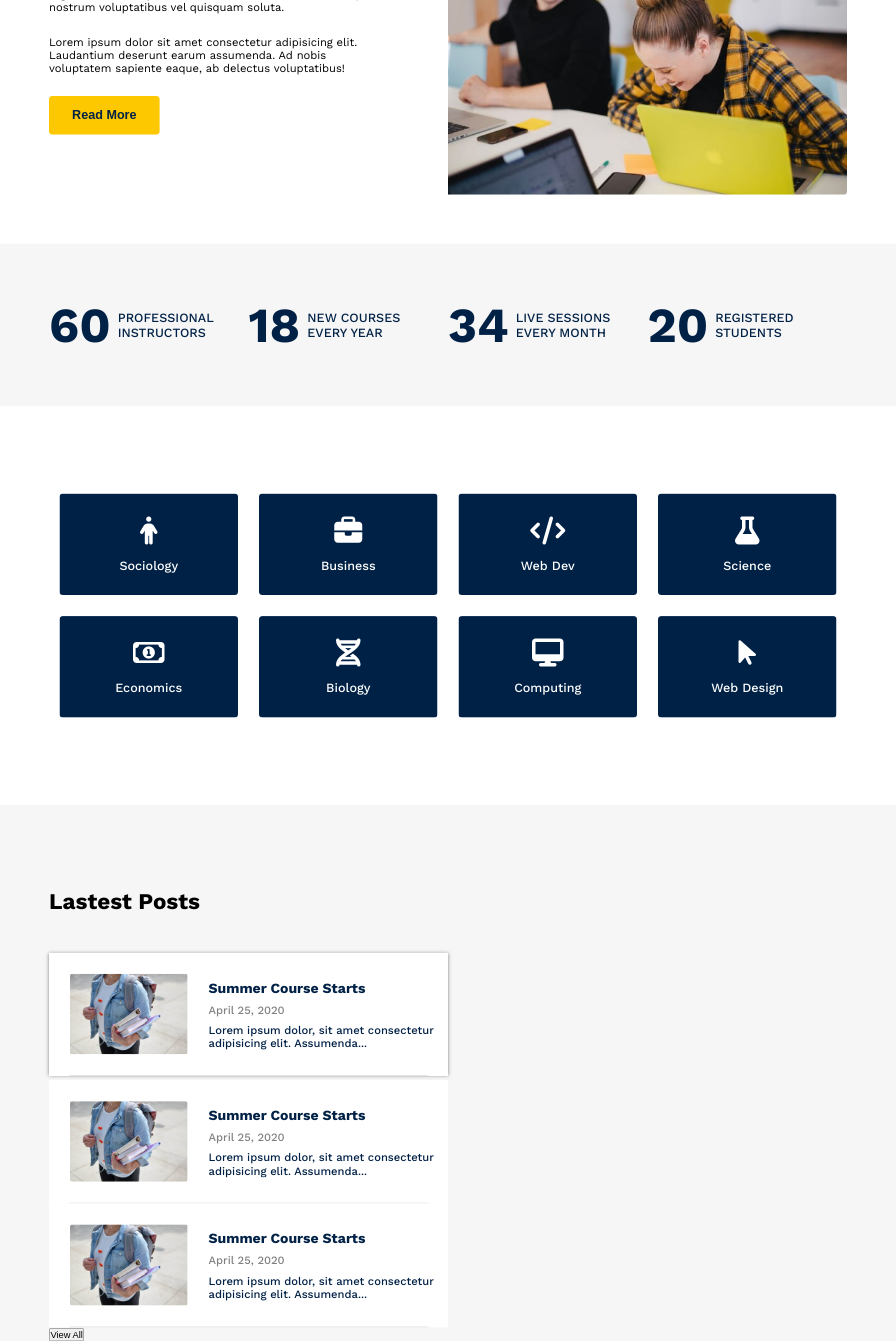
Repository: giahuy405/BC38__Mastery__Pham_Gia_Huy
Page: index.html
The author's editor kept a copy of each file at every save. The page is drawn from the files as they stood at one save, then again after the next save.
The browser window is 1280 px wide. The pictures show the part of the page from y = 883 to 2803 px (the page is 2799 px tall before and 2803 px after), at 70% of full size.
The pointer rests on the first visible `.lastest-post__item`.

Above is the page before, as saved 2022-09-10 12:49:56.

### index.html
<!DOCTYPE html>
<html lang="en">
<head>
    <meta charset="UTF-8">
    <meta http-equiv="X-UA-Compatible" content="IE=edge">
    <meta name="viewport" content="width=device-width, initial-scale=1.0">
    <title>Document</title>
    <link href="https://fonts.googleapis.com/css2?family=Montserrat:wght@300;400;500;700;900&family=Work+Sans:wght@300;400;500;700&display=swap" rel="stylesheet">
    <link rel="stylesheet" href="https://cdnjs.cloudflare.com/ajax/libs/font-awesome/6.2.0/css/all.min.css">
    <link rel="stylesheet" href="./css/index.css">
</head>
<body>
    <header>
        <div class="container">
            <i class="fa-solid fa-pen-to-square"></i>
            <div class="header__title">
                <h1>Mastery</h1>
            </div>
        </div>
    </header>
    <nav>
        <div class="container">
            <ul>
                <li><div class="wrapper"><span class="square individual"><a class="ninth before after"  href="#">Home</a></span></div></li>
                <li><div class="wrapper"><span class="square individual"><a class="ninth before after"  href="#">About</a></span></div></li>
                <li><div class="wrapper"><span class="square individual"><a class="ninth before after"  href="#">Services</a></span></div></li>
                <li><div class="wrapper"><span class="square individual"><a class="ninth before after"  href="#">Contact</a></span></div></li>
            </ul>
        </div>
    </nav>
    <div class="carousel">
        <img src="./img/carousel__website.png" alt="">
    </div>
    <div class="welcome container">
        <div class="welcome__content">
            <h1>Welcome To Our Campus</h1>
            <p>Lorem ipsum dolor sit amet consectetur adipisicing elit. Quasi est saepe possimus quisquam dolor ducimus blanditiis, eius fugit ab beatae reprehenderit, inventore earum rerum. Quis nostrum voluptatibus vel quisquam soluta.</p>

            <p>Lorem ipsum dolor sit amet consectetur adipisicing elit. Laudantium deserunt earum assumenda. Ad nobis voluptatem sapiente eaque, ab delectus voluptatibus!</p>
            <button>Read More</button>
        </div>
        <div class="welcome__img">
            <img src="./img/g1.jpg" alt="">
        </div>
        <div class="clear"></div>
    </div>
    <div class="information">
       <div class="container">
            <div class="information__content">
                <div class="information__title">
                    <h1>60</h1>
                </div>
                <div class="information__desc">
                    <p>PROFESSIONAL</p>
                    <p>INSTRUCTORS</p>
                </div>
                <div class="clear"></div>
            </div>
            <div class="information__content">
                <div class="information__title">
                    <h1>18</h1>
                </div>
                <div class="information__desc">
                    <p>NEW COURSES</p>
                    <p>EVERY YEAR</p>
                </div>
                <div class="clear"></div>
            </div>
            <div class="information__content">
                <div class="information__title">
                    <h1>34</h1>
                </div>
                <div class="information__desc">
                    <p>LIVE SESSIONS</p>
                    <p>EVERY MONTH</p>
                </div>
                <div class="clear"></div>
            </div>
            <div class="information__content">
                <div class="information__title">
                    <h1>20</h1>
                </div>
                <div class="information__desc">
                    <p>REGISTERED</p>
                    <p>STUDENTS</p>
                </div>
                <div class="clear"></div>
            </div>
            <div class="clear"></div>
       </div>
    </div>
    <div class="cards">
        <div class="container">
            <div class="cards-top">
                <div class="card">
                    <a href="#">
                        <div class="card__item">
                            <i class="fa-solid fa-person"></i>
                            <p>Sociology</p>
                        </div>
                    </a>
                </div>
                <div class="card">
                    <a href="#">
                        <div class="card__item">
                            <i class="fa-solid fa-briefcase"></i>
                            <p>Business</p>
                        </div>
                    </a>
                </div>
                <div class="card">
                   <a href="#">
                        <div class="card__item">
                            <i class="fa-solid fa-code"></i>
                            <p>Web Dev</p>
                        </div>
                   </a>
                </div>
                <div class="card">
                   <a href="#">
                        <div class="card__item">
                            <i class="fa-solid fa-flask"></i>
                            <p>Science</p>
                        </div>
                   </a>
                </div>
                <div class="clear"></div>
            </div>
            <div class="card-bottom">
                <div class="card">
                    <a href="#">
                        <div class="card__item">
                            <i class="fa-regular fa-money-bill-1"></i>
                            <p>Economics</p>
                        </div>
                    </a>
                </div>
                <div class="card">
                   <a href="#">
                        <div class="card__item">
                            <i class="fa-solid fa-dna"></i>
                            <p>Biology</p>
                        </div>
                   </a>
                </div>
                <div class="card">
                    <a  href="#">
                        <div class="card__item">
                            <i class="fa-solid fa-desktop"></i>
                            <p>Computing</p>
                        </div>
                    </a>
                </div>
                <div class="card">
                    <a href="#">
                        <div class="card__item">
                            <i class="fa-solid fa-arrow-pointer"></i>
                            <p>Web Design</p>
                        </div>
                    </a>
                </div>
                <div class="clear"></div>
            </div>
        </div>
    </div>
    <div class="news">
        <div class="container">
            <div class="news__lastest-post">
                <h1>Lastest Posts</h1>
                <div class="lastest-post__items">
                    <div class="lastest-post__item">
                        <a href="#">
                            <img src="./img/g9.jpg" alt="">
                            <div class="lastest-post__desc">
                                <h2 >Summer Course Starts</h2>
                                <p class="lastest-post__time">April 25, 2020</p>
                                <p>Lorem ipsum dolor, sit amet consectetur adipisicing elit. Assumenda...</p>
                            </div>
                            <div class="clear"></div>
                        </a>
                        <hr noshade >
                    </div>
                    <div class="lastest-post__item">
                        <a href="#">
                            <img src="./img/g9.jpg" alt="">
                            <div class="lastest-post__desc">
                                <h2>Summer Course Starts</h2>
                                <p class="lastest-post__time">April 25, 2020</p>
                                <p>Lorem ipsum dolor, sit amet consectetur adipisicing elit. Assumenda...</p>
                            </div>
                            <div class="clear"></div>
                        </a>
                        <hr noshade >
                    </div>

                    <div class="lastest-post__item">
                        <a href="#">
                            <img src="./img/g9.jpg" alt="">
                            <div class="lastest-post__desc">
                                <h2>Summer Course Starts</h2>
                                <p class="lastest-post__time">April 25, 2020</p>
                                <p>Lorem ipsum dolor, sit amet consectetur adipisicing elit. Assumenda...</p>
                            </div>
                            <div class="clear"></div>
                        </a>
                        <hr noshade >
                    </div>

                </div>
                <button>View All</button>
            </div>
            <div class="news__upcoming__events">

            </div>
            <div class="clear"></div>
        </div>
    </div>

</body>
</html>

### css/index.css
*{
    padding: 0;
    margin: 0;
    box-sizing: border-box;
}
.clear{
    clear: both;
}
html{
    font-size: 16px;
    font-family: 'Work Sans', sans-serif;
}
.container{
    width: 1140px;
    margin: 0 auto;
}
header{
    position: relative;
    margin-top: 15px;
}
.header__title{
    display: inline-block;
     position: absolute;
     top: -4px;
    left: 160px;
}
.header__title h1{
    font-size: 35px;
    color: #1b1d2d;
}
header i{
    background-color: #002146;
    height: 36px;
    width: 36px;
    border-radius: 50%;
    color: #fdc800;
    text-align: center;
    padding-top: 9px;

}
nav ul{
    list-style: none;
    margin-top: 15px;
    margin-left: 18px;

}
nav li{
    display: inline;
    margin-right: 30px;
}

 /*  Hover for Navigation bar */
.wrapper{
    margin:2em 0;
    display: inline;
    font-size: 7px;
}
 a, a:visited, a:hover, a:active{
    -webkit-backface-visibility:hidden;
            backface-visibility:hidden;
      position:relative;
    transition:0.5s color ease;
      text-decoration:none;
      color:#002146;
      font-size:2px;
      font-weight: 500;
}
 a:hover{
    color:#fdc800;
}
 a.before:before, a.after:after{
content: "";
transition:0.5s all ease;
-webkit-backface-visibility:hidden;
        backface-visibility:hidden;
position:absolute;
}
 a.before:before{
top:-0.25em;
}
 a.after:after{
bottom:-0.25em;
}
 a.before:before, a.after:after{
height:5px;
height:0.2rem;
width:0;
background:#fdc800;
}
 a.first:after{
left:0;
}
 a.second:after{
right:0;
}
 a.third:after, a.sixth:before, a.sixth:after{
left:50%;
-webkit-transform:translateX(-50%);
        transform:translateX(-50%);
}
a.fourth:before, a.fourth:after{
left:0;
}
 a.fifth:before, a.fifth:after{
right:0;
}
 a.seventh:before{
right:0;
}
 a.seventh:after{
left:0;
}
 a.eigth:before{
left:0;
}
 a.eigth:after{
right:0;
}
a.before:hover:before, a.after:hover:after{
width:100%;
}
.square{
box-sizing:border-box;
margin-left:-0.4em;
position:relative;
font-size:2.5em;
overflow:hidden;
}
.square a{
position:static;
font-size:100%;
padding:0.2em 0.4em;
}
.square:before,.square:after{
content: "";
box-sizing:border-box;
transition:0.25s all ease;
-webkit-backface-visibility:hidden;
        backface-visibility:hidden;
position:absolute;
width: 5px;
width:0.2rem;
height:0;
background:#fdc800;
}
.square:before{
left:0;
bottom:-0.2em;
}
.square.individual:before{
transition-delay:0.6s;
}
.square:after{
right:0;
top:-0.2em;
}
.square.individual:after{
transition-delay:0.2s;
}
.square a:before{
left:0;
transition:0.25s all ease;
}
.square a:after{
right:0;
transition:0.25s all ease;
}
.square.individual a:after{
transition:0.25s all ease 0.4s;
}
.square:hover:before,.square:hover:after{
height:calc(100% + 0.4em);
}
.square:hover  a:before,.square:hover a:after{
width:100%;
}


/* CAROUSEL / SLIDER */
.carousel{
    width: 100%;
    margin-top: 20px;
}
.carousel img{
max-width: 100%;
height: 597px;
}


/* create WELCOME */
.welcome{
    margin-top: 62px;
    margin-bottom: 66px;
}
.welcome__content h1{
    margin-bottom: 20px;
    color: #1b1d2d;
}
.welcome__content{
    padding-right: 80px;
}
.welcome__content p{
    margin-bottom: 30px;
}
.welcome__content button{
    padding: 17px 33px;
    font-size: 18px;
    font-weight:700;
    color: #002146;
    background-color: #fdc800;
    border: none;
    border-radius: 5px;
    cursor: pointer;
    transition: all 0.2s;
}
.welcome__content button:hover{
    background-color: #002146;
    color: #fdc800;
    box-shadow: 5px 5px 10px black;
}
.welcome__content,.welcome__img{
    width: 50%;
    float: left;
}
.welcome__img img{
    width: 100%;
    border-top-right-radius: 5px;
    border-bottom-right-radius: 5px;
}


/* create INFORMATION  */
.information{
    background-color: #f6f6f6;
    padding: 75px 0;
    margin-bottom: 110px;
}
.information__content{
    float: left;
    width: 25%;
}
.information__content h1{
    display: inline-block;
    font-size: 70px;
    color: #002146;

}
.information__title,.information__desc{
    float: left;
}
.information__desc p:first-child{
    margin-top:20px;
}
.information__desc p{
    margin-left: 10px;
    font-size: 18px;
    color: #002146;
    font-weight: 500;
}


/* create CARDS */
.cards{
    margin-bottom: 110px;
}
.card{
    float: left;
    width: 25%;
    text-align: center;
    padding: 15px;
}
.card__item{
    background-color: #002146;
    padding: 32px 50px;
    border-radius: 5px;
}
.card__item i{
    color: white;
    font-size: 40px;
}
.card__item p{
    color: white;
    font-size: 18px;
    margin-top: 20px;
}
.card a{
    cursor: pointer;
    transition: all 0.2s;
}
.card a:hover{
    opacity: 0.7;
}
.card:hover{
    box-shadow: 1px 1px 10px  black;
    border-radius: 5px;
}


/* NEWS */
.news{
    padding-top: 118px;
    background-color: #f6f6f6;
}
.news h1:first-child{
    margin-bottom: 55px;
}
.news__lastest-post,.news__upcoming__events{
    float: left;
    width: 50%;
}
.lastest-post__item{
    background-color: white;
}
.lastest-post__item img{
    width: 158px;
    border: 30px solid transparent;
    border-radius: 33px;
}
.lastest-post__item a img{
    float: left;
    width: 40%;
}
.lastest-post__desc{
    float: left;
    width: 60%;
    padding-top: 38px;
}
.lastest-post__item hr{
    width:90%;
    margin: 0 auto;
    background-color: rgb(218, 218, 218);
    height: 1px;
    border: none;
}
.lastest-post__item a{
    font-size: 20px;
    color: #002146;
}
.lastest-post__item a .lastest-post__desc  h2{
    font-size: 20px;
}
.lastest-post__item a .lastest-post__desc p{
    font-size: 16px;
}
 .lastest-post__time{
    font-size: 16px;
    color: gray;
    margin: 10px 0;
}
.lastest-post__item:hover{
    box-shadow: 0px 0px 10px black;
    margin-bottom: 10px;
    margin-top: 10px;


    transition: all 5s;
}

After the next save:
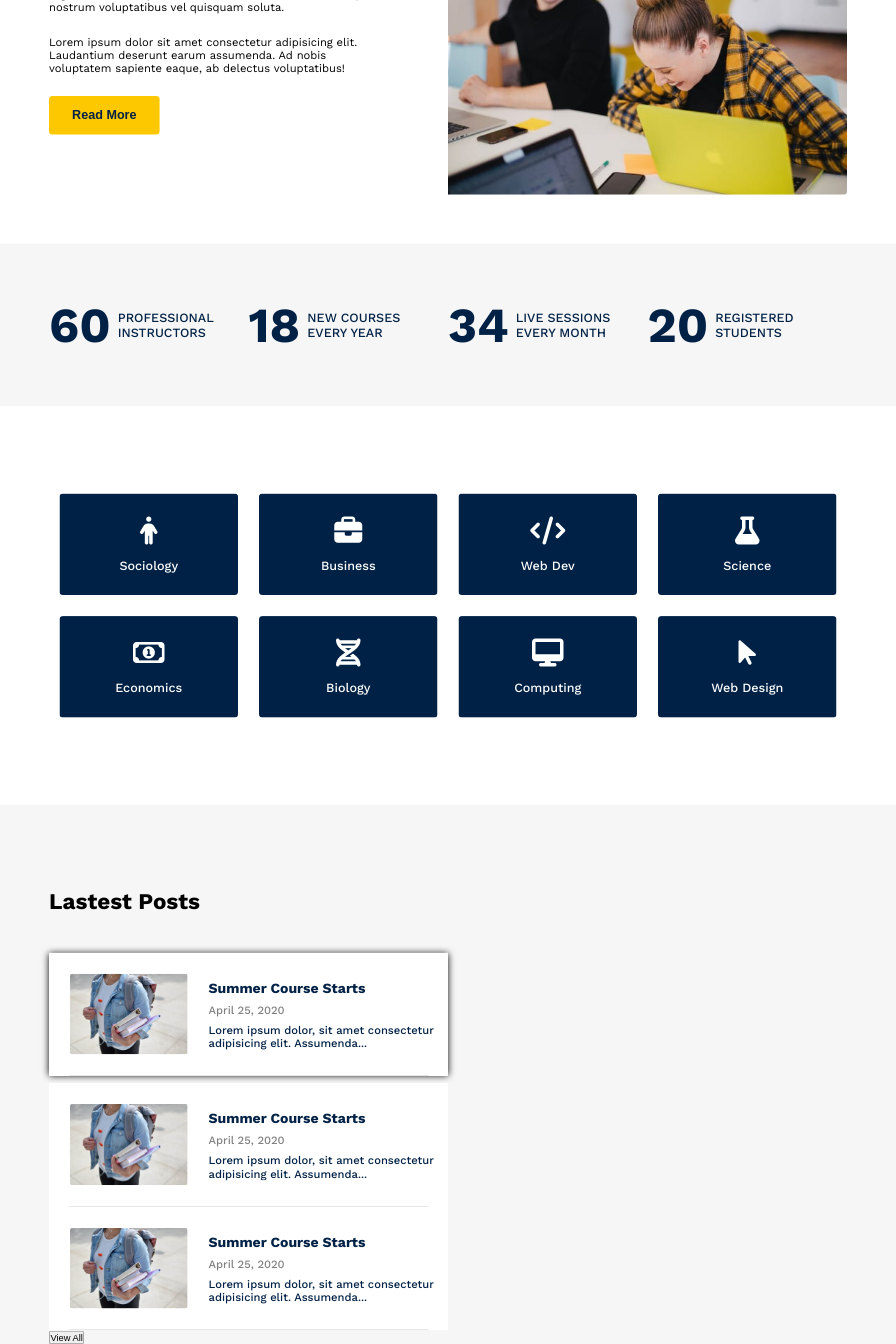
Saved 11 s later.
--- a/css/index.css
+++ b/css/index.css
@@ -351,7 +351,7 @@ height: 597px;
     box-shadow: 0px 0px 10px black;
     margin-bottom: 10px;
     margin-top: 10px;
-
-
-    transition: all 5s;
-}
+    transition: all 0.3s;
+
+
+}
